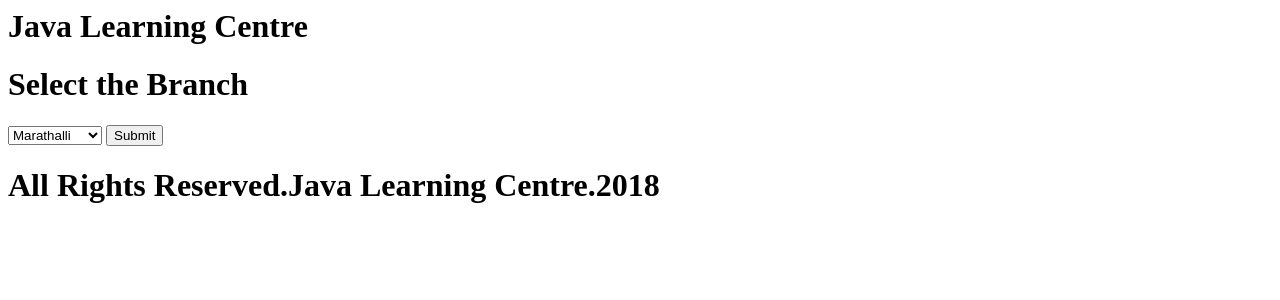
Repository: argho1990/Coursecube-B19
Page: http://localhost/Lab10/home.jsp
These files come from the project's save history. The page is drawn as it stood at one moment and after the next save; the edit follows.
The browser window is 1280 px wide. The pictures show the whole page.
The page is served by Tomcat 9.

Above is the page before, as saved 2018-11-23 22:10:48.

After the next save:
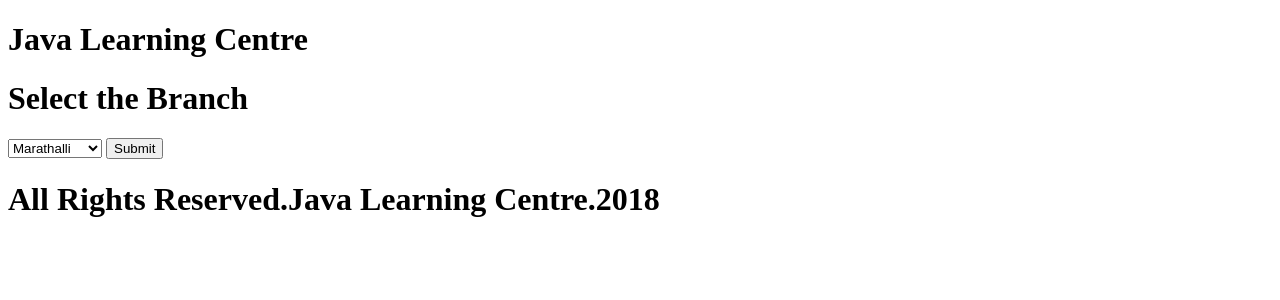
Saved 74 s later.
--- a/JSP/Lab10/WebContent/home.jsp
+++ b/JSP/Lab10/WebContent/home.jsp
@@ -1,5 +1,8 @@
+<%@ page language="java" contentType="text/html; charset=ISO-8859-1"
+    pageEncoding="ISO-8859-1" isELIgnored="false"%>
+<!DOCTYPE html>
+
 <html>
-
 <body>
 <jsp:include page="header.jsp">
 <jsp:param name="cname" value="Java Learning Centre"/>
